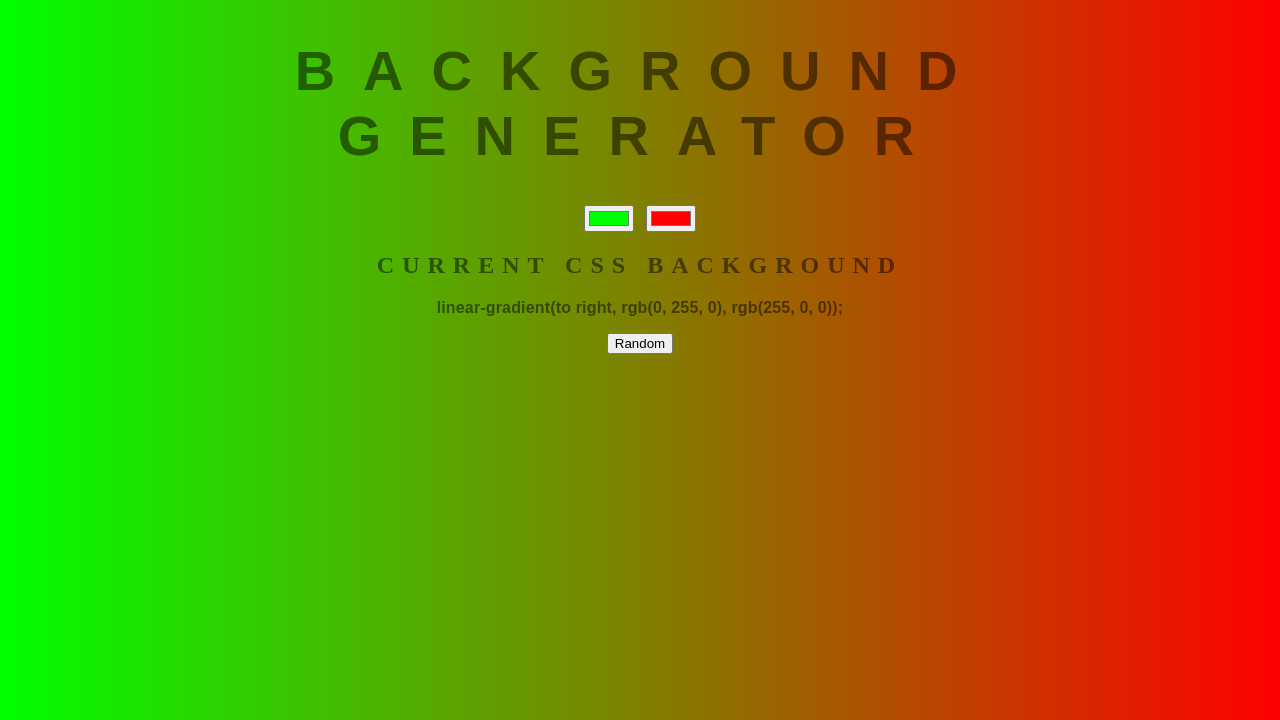
Repository: blgest/background-generator
Page: index.html
The author's editor kept a copy of each file at every save. The page is drawn from the files as they stood at one save, then again after the next save.
The browser window is 1280 px wide. The pictures show the whole page.

Above is the page before, as saved 2020-02-08 23:07:13.

After the next save:
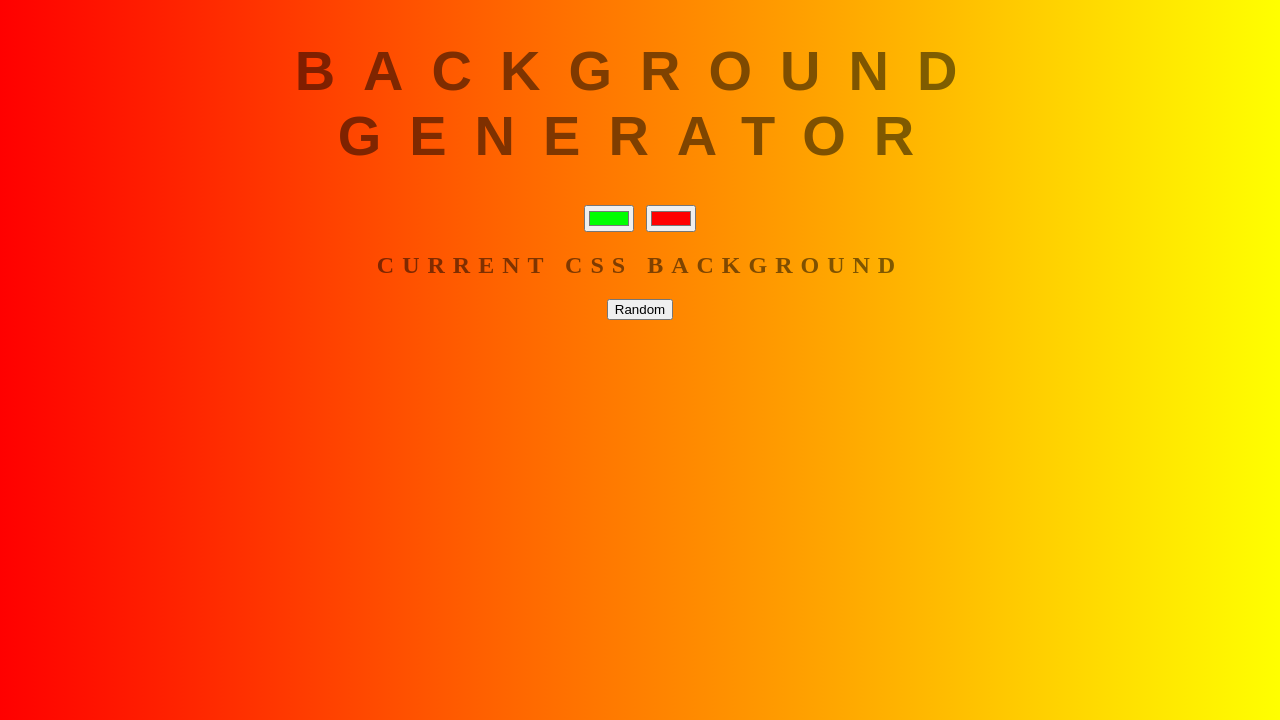
Saved 24 s later.
--- a/script.js
+++ b/script.js
@@ -30,7 +30,7 @@
 	css.textContent = body.style.background + ";";
 }
 
-setGradient();
+// setGradient();
 
 color1.addEventListener("input", setGradient);
 

After the save that followed:
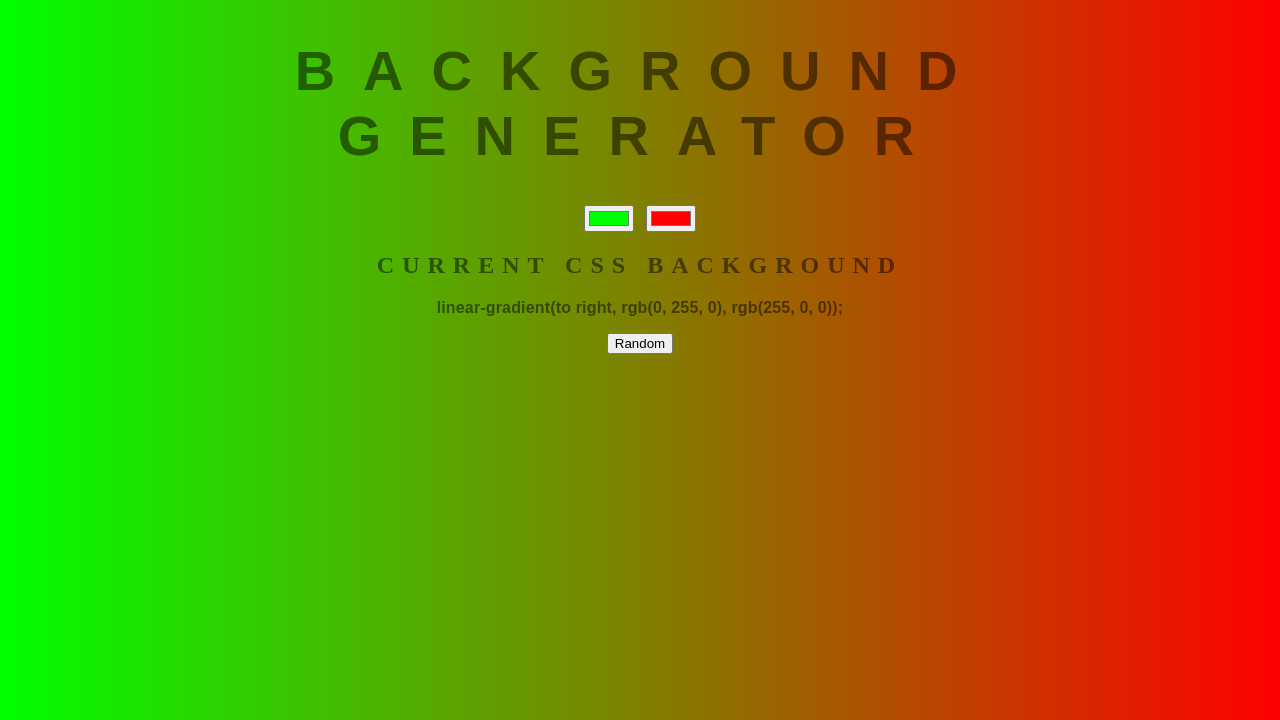
Saved 40 s later.
--- a/script.js
+++ b/script.js
@@ -30,7 +30,7 @@
 	css.textContent = body.style.background + ";";
 }
 
-// setGradient();
+setGradient();
 
 color1.addEventListener("input", setGradient);
 
